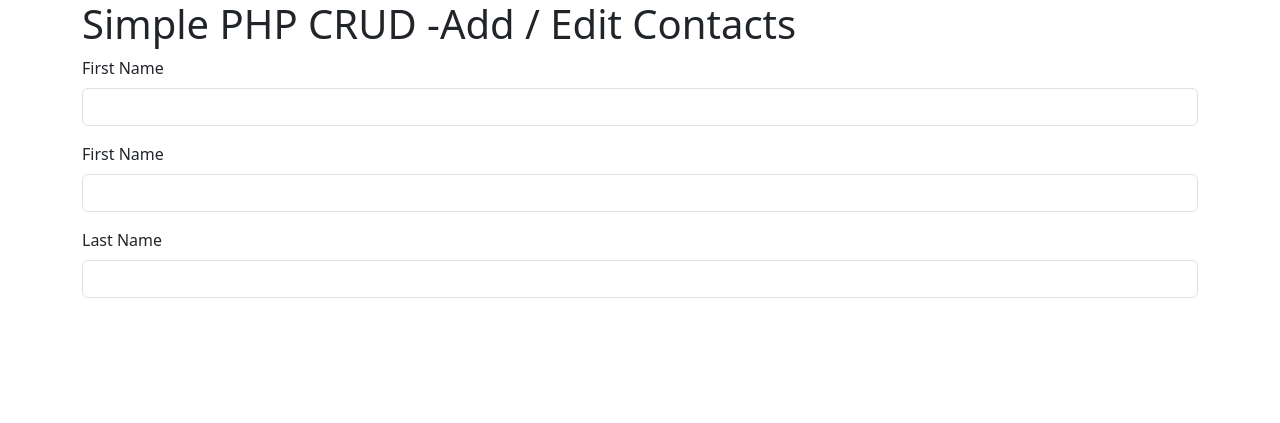
Repository: mennaabdelelhady/PHP-CRUD
Page: http://localhost/add_edit.php
The author's editor kept a copy of each file at every save. The page is drawn from the files as they stood at one save, then again after the next save.
The browser window is 1280 px wide. The pictures show the whole page.
The page is run by PHP 8.4 with error messages shown; the project is at /var/www/html/.

Above is the page before, as saved 2024-12-30 03:49:57.

After the next save:
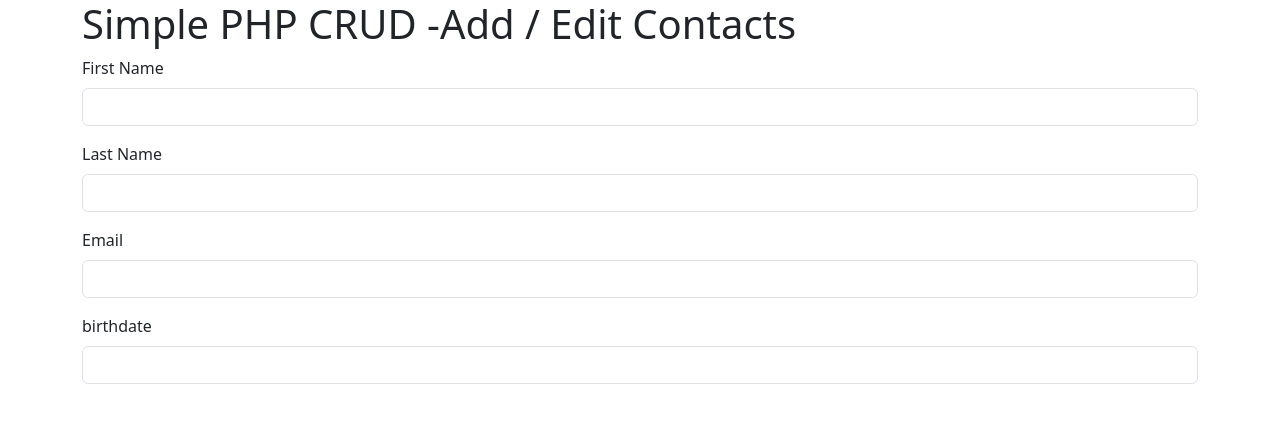
Saved 2 min 25 s later.
--- a/public/add_edit.php
+++ b/public/add_edit.php
@@ -20,12 +20,16 @@ $title ="Simple PHP CRUD -Add / Edit Contacts";
             <input type="text" class="form-control" id="name_first" name="first_name">
         </div>
         <div class="mb-3">
-            <label for="name_last" class="form-label">First Name</label>
-            <input type="text" class="form-control" id="name_last" name="first_name">
+            <label for="name_last" class="form-label">Last Name</label>
+            <input type="text" class="form-control" id="name_last" name="last_name">
         </div>
         <div class="mb-3">
-            <label for="name_last" class="form-label">Last Name</label>
-            <input type="text" class="form-control" id="name_last" name="first_name">
+            <label for="email" class="form-label">Email</label>
+            <input type="text" class="form-control" id="email" name="email">
+        </div>
+        <div class="mb-3">
+            <label for="email" class="form-label">birthdate</label>
+            <input type="text" class="form-control" id="email" name="email">
         </div>
     </form>
 </body>
